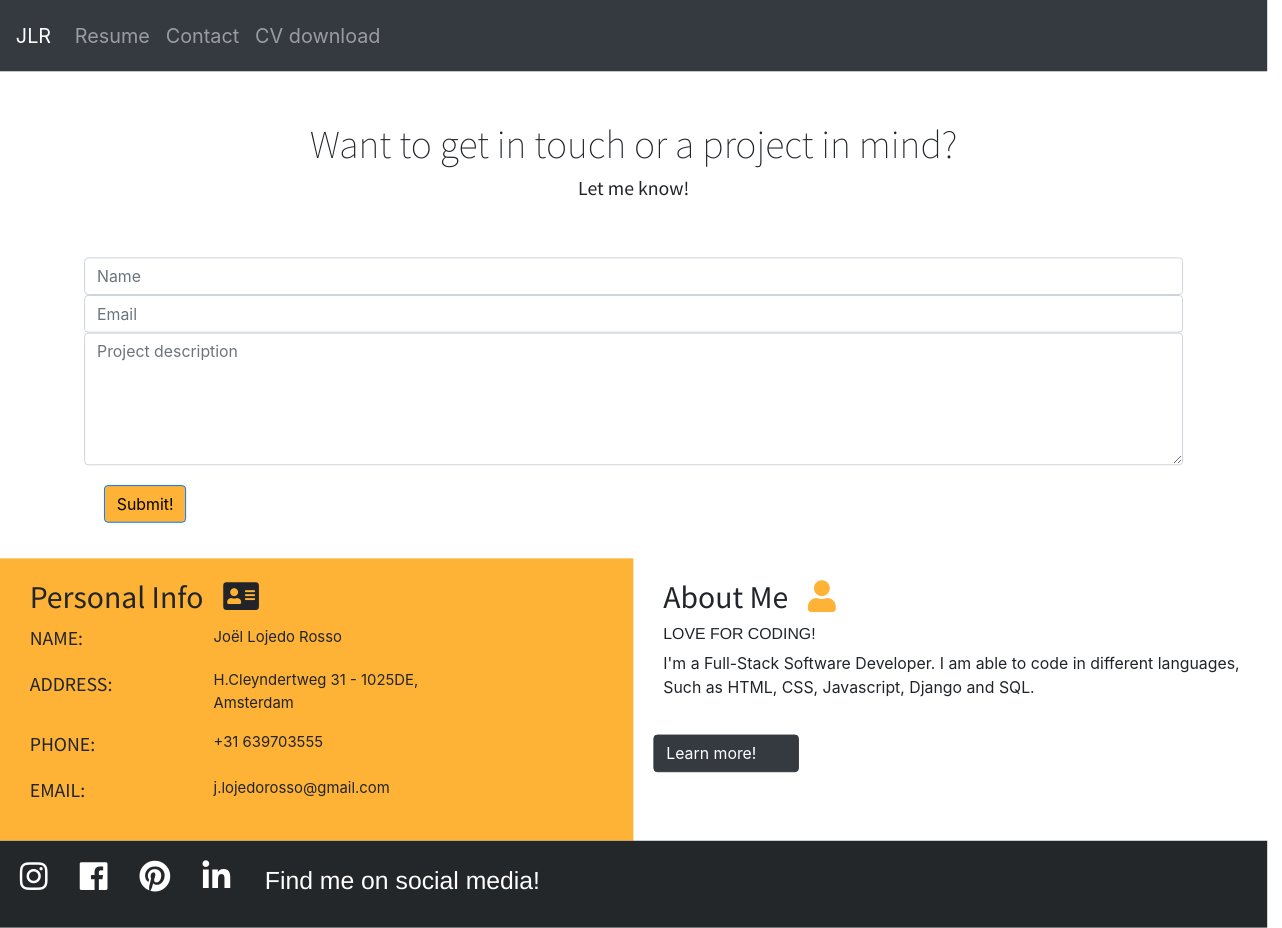
Repository: Kawaiisaki/Portfolio-site
Page: contact.html
The author's editor kept a record of every edit. The page is drawn from the files as they stood at one moment, then again after the next edit.
The browser window is 1280 px wide. The page is 1295 px wide, so the pictures cover 1295 px, including what lies to the right of the window. The pictures show the whole page, at 99% of full size.
Some web libraries are served in a nearby version.

Above is the page before.

After the next edit:
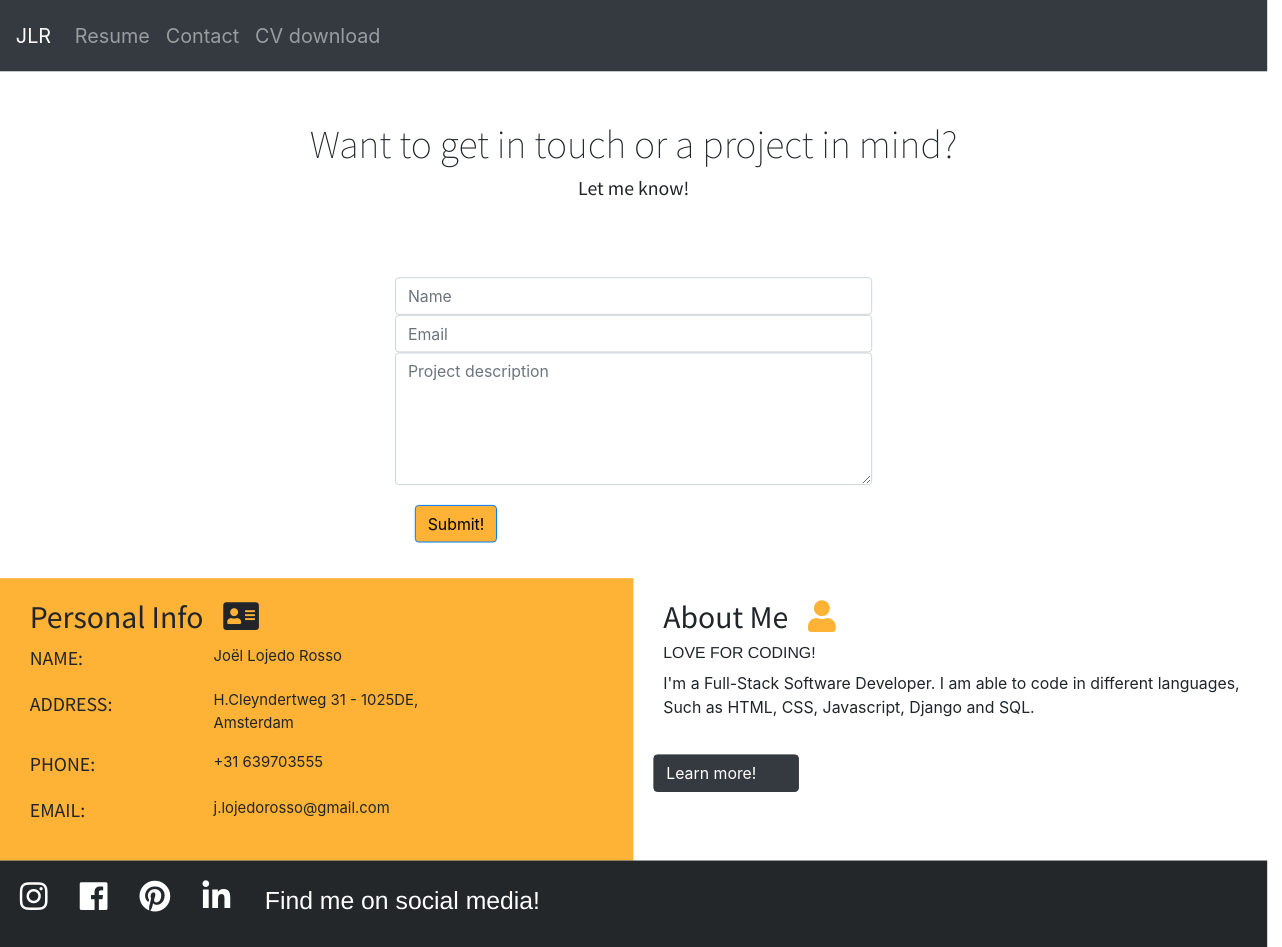
The edit:
--- a/contact.html
+++ b/contact.html
@@ -43,6 +43,7 @@
                 </div>
             </div>
         </div>
+        <div class="form-placement">
         <form class="container">
             <div class="form-group">
                 <input type="text" name="fullname" class="form-control" placeholder="Name" required/>
